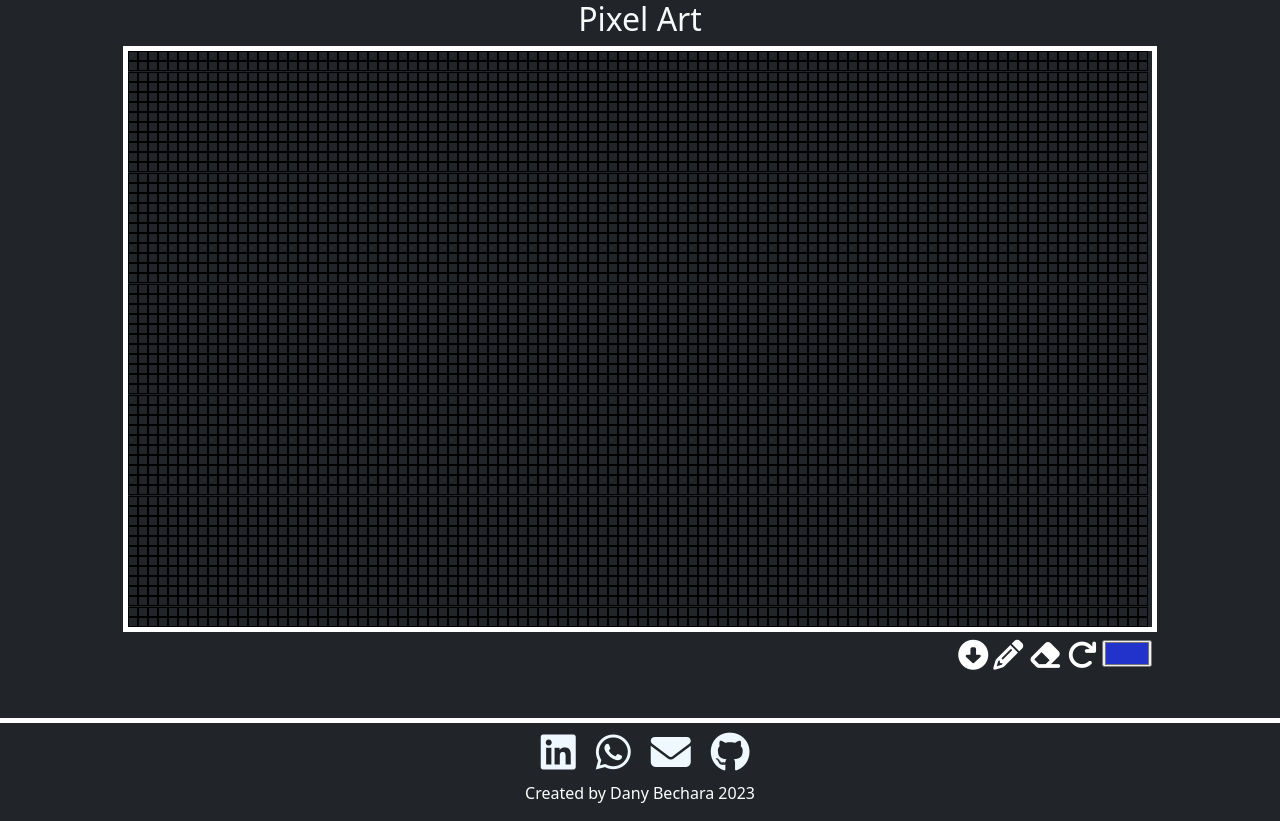
Repository: bechara611/pixelartdb
Page: /
An editor plug-in stored every save of this project. The page is shown before and after the next save, followed by the edit.
The browser window is 1280 px wide. The pictures show the whole page.
Some web libraries are served in a nearby version. The project was rebuilt for these pictures with package versions that can differ from the ones it lists, and the page was loaded fresh each time. Also part of the build but not shown: vite.config.js.

Above is the page before, as saved 2023-03-07 21:30:43.

### index.html
<!DOCTYPE html>
<html lang="en">
  <head>
    <meta charset="UTF-8" />
    <link rel="icon" type="image/svg+xml" href="/vite.svg" />
    <meta name="viewport" content="width=device-width, initial-scale=1.0" />
    <title>Vite + React</title>

    <link rel="stylesheet" href="https://cdnjs.cloudflare.com/ajax/libs/font-awesome/6.3.0/css/all.min.css">
  </head>
  <body>
    <div id="root"></div>
    <script type="module" src="/src/main.jsx"></script>
  </body>
</html>

### src/main.jsx
import React from 'react'
import ReactDOM from 'react-dom/client'
import App from './App'
import 'bootstrap/dist/css/bootstrap.min.css'
import 'bootstrap/dist/js/bootstrap.bundle.js'

ReactDOM.createRoot(document.getElementById('root')).render(
  <>
  <App />

  </>

)

### src/App.jsx

import { useEffect, useState } from 'react'
import './App.css'
import { SelectableGroup } from 'react-selectable-fast'
import { Pixel } from './Pixel'
import { Footer } from './Footer'

const App = () => {
  const [pixels, setPixels] = useState([])
  const [isSelecting, setIsSelecting] = useState(false)
  const [startIndex, setStartIndex] = useState(null)
  const [colorActual, setcolorActual] = useState('#2233cc')
  const [lapiz,setLapiz]= useState(true);

  useEffect(() => {
    let contenedor = document.getElementById('contenedor')
    let divsAloAlto = Math.floor(contenedor.offsetHeight / 10)
    let divsAlOancho = Math.floor(contenedor.offsetWidth / 10);
    //para saber cuantos divs necesita un contenedor multiplica el numero de divs a lo alto * el numero de divds a lo ancho
    setPixels(Array.from({ length: divsAloAlto * divsAlOancho }, () => { return { active: false, color: colorActual } }))

  }, [])
  const onReset = () => {
    let pixelesCopy = [];
    pixelesCopy = [...pixels]
    for (let i = 0; i < pixels.length; i++) {
      pixelesCopy[i] = { active: false, color: 'transparent' }
    }
    setPixels(pixelesCopy)
  }
  const funcionArray = (index) => {
    let nuevoArray = [...pixels]
    nuevoArray[index] = { active: true, color: colorActual }
    setPixels(nuevoArray)
  }

  useEffect(() => {
    //console.log({ pixels })
  }, [pixels])

  const onMouseDown = (index) => {
    setIsSelecting(true);
    setStartIndex(index)
    // console.log('onMouseDown')
  }


  const onMouseOver2 = (index) => {
    if (isSelecting) {
      const pixelsupdated = [...pixels]
      pixelsupdated[index] = { ...pixelsupdated[index], active: true, color: colorActual }

      setPixels(pixelsupdated)

    }
    // console.log('onMouseOver')
  }

  const onMouseUp2 = (index) => {
    setIsSelecting(false)

  }
  return (
    <>
      <div className="bg-dark fondo">
        <div className="col-12 contenedor-05 ">
          <div className="contenedor-mayor header">
            <h2 className='text-light'>Pixel Art</h2>

          </div>
        </div>
        <div className="contenedor-mayor ">
          <div className="contorno">
            <div className={`contenedor ${!lapiz ? 'cursorBorrador' : 'cursorLapiz'}`} id='contenedor'>

              {

                pixels.map((a, index) => {
                  return <Pixel key={index}
                    color={a.color}
                    active={a.active}
                    funcion={() => funcionArray(index)}
                    onMouseDown={() => { onMouseDown(index) }}
                    onMouseUp={() => { onMouseUp2(index) }}
                    onMouseOver={() => { onMouseOver2(index) }}
                  ></Pixel>
                })

              }

            </div>
          </div>
        </div>
        <div className="col-12 contenedor-05  ">
          <div className="derecha mt-2">

          <i className="fa-solid fa-circle-down borrador" onClick={()=>{
            console.log('Descargar')
            }}></i>
          <i className="fa-solid fa-pencil borrador" onClick={()=>{ setLapiz(true)
            setcolorActual('#2233cc')
            }}></i>
            <i className="fa-solid fa-eraser borrador" onClick={()=>{ setLapiz(false)
            setcolorActual('transparent')
            }}></i>

            <i className="fa-solid fa-arrow-rotate-right  icono" onClick={() => { onReset() }}></i>
            <input type="color" className='selector' value={colorActual} onChange={(e) => {
               setcolorActual(e.target.value)
               setLapiz(true)
              }} />

          </div>

        </div>
        <div className="col-12 bg-dark">

        <Footer></Footer>
        </div>
      </div>



    </>

  )
}

export default App

### src/App.css
.fondo {
  height: 100vh;

}

.contorno {
  border: 5px solid white;
}

.contenedor-mayor {
  display: flex;
  flex-direction: row;
  justify-content: center;
  justify-self: center;
  align-items: center;

}

.contenedor-mayor2 {
  width: 80vw;
  align-self: center;
  display: flex;
  flex-direction: row;
  justify-content: space-between;
}

.contenedor-05 {
  display: flex;
  flex-direction: row;
  justify-content: center;
}

.derecha {
  width: 80vw;
  align-self: center;
  display: flex;
  flex-direction: row;
  justify-content: flex-end;
}

.pixel {
  width: 10px;
  height: 10px;
  border: 1px solid rgb(0, 0, 0);

  box-sizing: border-box;

}

.active {
  background: transparent;
}
.cursorBorrador{
  cursor: url(./assets/borrador.png), pointer;
}
.cursorLapiz{
cursor: url(./assets/pencil3.png), default;
}
.contenedor {

  display: flex;
  flex-direction: row;
  flex-wrap: wrap;
  width: 80vw;
  height: 80vh;
  max-width: 80vw;
  max-height: 80vh;
}

.icono {
  font-size: 30px;
  color: white;
  margin-right: 5px;
}
.borrador{
  font-size: 30px;
  color: white;
  margin-right: 5px;
  cursor: pointer;
}
.borrador:hover{
  font-size: 32px;
  color: rgb(191, 180, 180);
  transition: all .1s ease;
}

@keyframes rotar {
  from {
    transform: rotate(32deg);
  }

  to {
    transform: rotate(360deg);
  }
}

.icono:hover {
  color: rgb(171, 193, 216);
  cursor: pointer;
  animation-name: rotar;
  animation-duration: 1s;
  transition: all 1s ease;
  animation-iteration-count: infinite;
}

.selector{
cursor: pointer;
}

### src/Pixel.jsx
import React, { useState } from 'react'
import './App.css'
import {selectableGroup, createSelectable} from 'react-selectable-fast'
export const Pixel = (props) => {
    const [isActive, setisActive] = useState(false)
  return (

 <div className={`pixel ${props.active ? 'active' : ''}`} style={{ background:props.active ? props.color : ''}}
 onClick={()=>{
    setisActive(!isActive)
    props.funcion();
}}
onMouseDown={()=>{props.onMouseDown()}}
onMouseUp={()=>{props.onMouseUp()}}
onTouchEnd={()=>{props.onMouseUp()}}
onMouseOver={()=>{props.onMouseOver()}}
onTouchStart={()=>{{
    props.onMouseDown()
    props.onMouseOver()}}}
 >

 </div>
  )
}

### src/Footer.jsx
import React from 'react'
import './Footer.css'


let linkdn="https://linkedin.com/in/DanyBechara";
let correo="mailto:bechara611@gmail.com";
let blank='_blank';
let github='https://github.com/bechara611';
let whatssap='https://wa.me/584120361952';

export const Footer = () => {
  return (
    <>
      {/*Aca este footer le estamos colocando una posicion absolute y a su padre relativa para poder ubicarlo al final de su div padre */}
      <div className="footer col-12 mt-5 pt-1">
      <a href={linkdn} target={blank} className='animate__animated animate__lightSpeedInLeft'><i className=" linkdin fa-brands fa-linkedin iconoRedes"></i></a>
      <a href={whatssap} target={blank}  className='animate__animated animate__lightSpeedInLeft'><i className="whatssap fa-brands fa-whatsapp iconoRedes"></i></a>
      <a href={correo} target={blank}  className='animate__animated animate__lightSpeedInLeft'><i className="gmail fa-solid  fa-envelope iconoRedes"></i></a>
      <a href={github} target={blank}  className='  animate__animated animate__lightSpeedInLeft'><i className=" github fa-brands fa-github iconoRedes"></i></a>

     <div className="col-12 contenedor-mensaje-footer mt-1">
     <div className="col-12 contenedor-mensaje-footer">
     <p className='mensaje'>Created by Dany Bechara {new Date().getFullYear().toString()}</p>
     </div>

     </div>
      </div>
    </>

  )
}

### src/Footer.css
.footer{
    color: white;
    margin-top: 10px;
    border-top: 5px solid white;

    display: flex;
    flex-direction: row;
    justify-content: center;
    text-align: center;
    align-items: center;
    justify-items: center;
 flex-wrap: wrap;

}

.iconoRedes{
    font-size: 40px;
    padding-left: 10px;
    margin: 5px;
    color: aliceblue;
}

.github:hover{
    color: #6e5494;

}

.whatssap:hover{
color: #25d366;
}

.gmail:hover{
color:#cc0000;
}
.linkdin:hover{
color:#00a0dc;
}

.contenedor-mensaje-footer{
    display: flex;
    flex-direction: row;
    justify-content: center;
    text-align: center;
    align-items: center;
    justify-items: center;
}

/*?RESPONSIVE*/

@media(max-width:255px){
    .iconoRedes{
        font-size: 30px;
        padding-left: 5px;
    }
    .mensaje{
        font-size: 10px;
    }
}

After the next save:
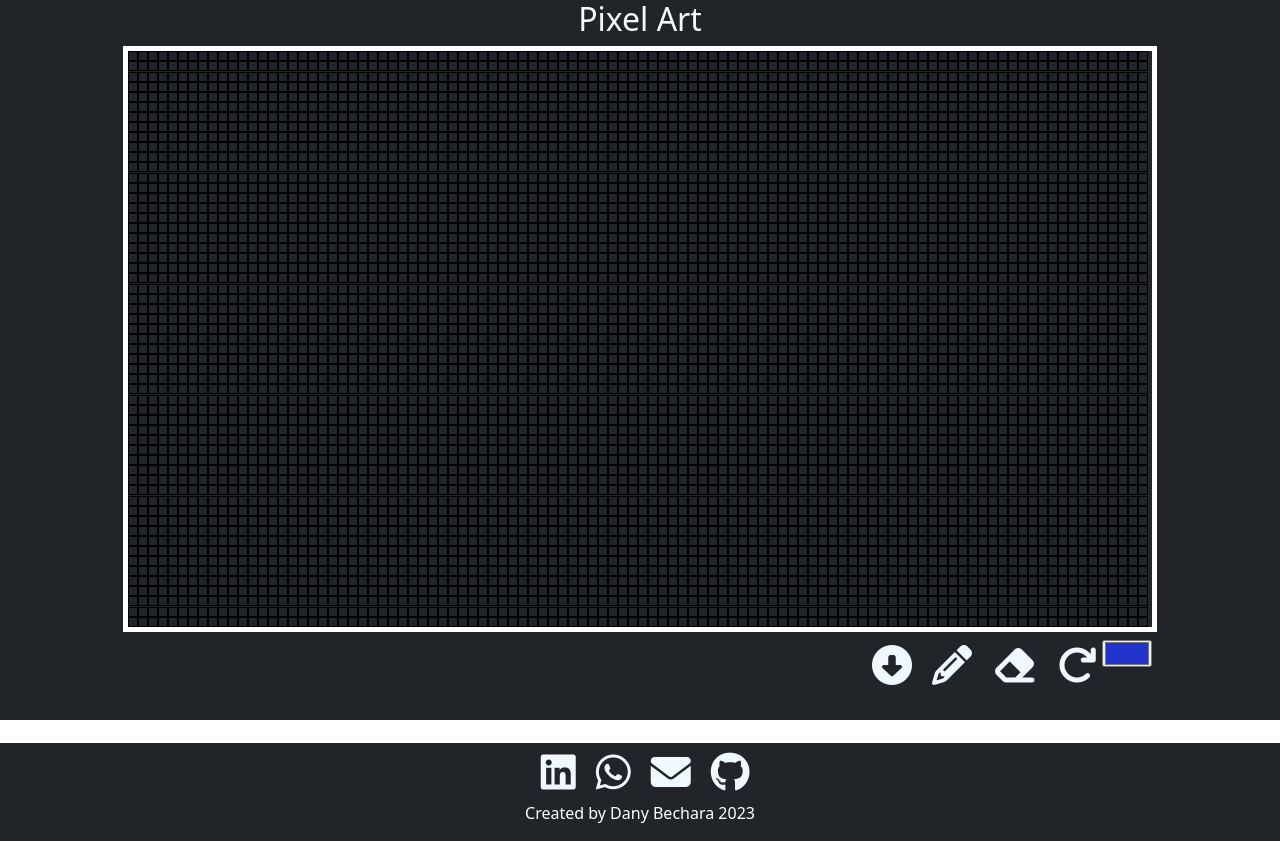
Saved 10 min 52 s later.
--- a/src/App.jsx
+++ b/src/App.jsx
@@ -94,17 +94,17 @@
         <div className="col-12 contenedor-05  ">
           <div className="derecha mt-2">
 
-          <i className="fa-solid fa-circle-down borrador" onClick={()=>{
+          <i className="fa-solid fa-circle-down borrador iconoRedes" onClick={()=>{
             console.log('Descargar')
             }}></i>
-          <i className="fa-solid fa-pencil borrador" onClick={()=>{ setLapiz(true)
+          <i className="fa-solid fa-pencil borrador iconoRedes" onClick={()=>{ setLapiz(true)
             setcolorActual('#2233cc')
             }}></i>
-            <i className="fa-solid fa-eraser borrador" onClick={()=>{ setLapiz(false)
+            <i className="fa-solid fa-eraser borrador iconoRedes" onClick={()=>{ setLapiz(false)
             setcolorActual('transparent')
             }}></i>
 
-            <i className="fa-solid fa-arrow-rotate-right  icono" onClick={() => { onReset() }}></i>
+            <i className="fa-solid fa-arrow-rotate-right iconoRedes  icono" onClick={() => { onReset() }}></i>
             <input type="color" className='selector' value={colorActual} onChange={(e) => {
                setcolorActual(e.target.value)
                setLapiz(true)

After the save that followed:
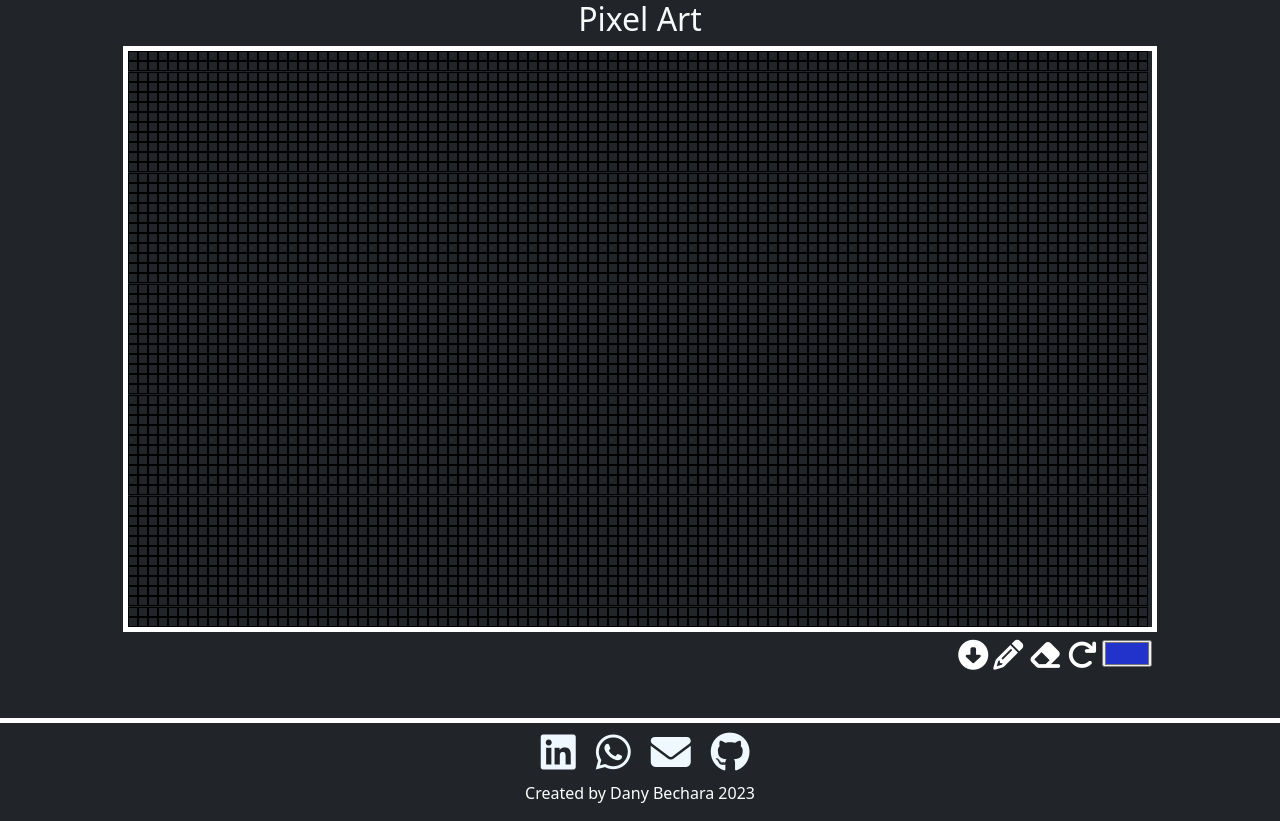
Saved 16 s later.
--- a/src/App.jsx
+++ b/src/App.jsx
@@ -94,17 +94,17 @@
         <div className="col-12 contenedor-05  ">
           <div className="derecha mt-2">
 
-          <i className="fa-solid fa-circle-down borrador iconoRedes" onClick={()=>{
+          <i className="fa-solid fa-circle-down borrador " onClick={()=>{
             console.log('Descargar')
             }}></i>
-          <i className="fa-solid fa-pencil borrador iconoRedes" onClick={()=>{ setLapiz(true)
+          <i className="fa-solid fa-pencil borrador" onClick={()=>{ setLapiz(true)
             setcolorActual('#2233cc')
             }}></i>
-            <i className="fa-solid fa-eraser borrador iconoRedes" onClick={()=>{ setLapiz(false)
+            <i className="fa-solid fa-eraser borrador" onClick={()=>{ setLapiz(false)
             setcolorActual('transparent')
             }}></i>
 
-            <i className="fa-solid fa-arrow-rotate-right iconoRedes  icono" onClick={() => { onReset() }}></i>
+            <i className="fa-solid fa-arrow-rotate-right  icono" onClick={() => { onReset() }}></i>
             <input type="color" className='selector' value={colorActual} onChange={(e) => {
                setcolorActual(e.target.value)
                setLapiz(true)
